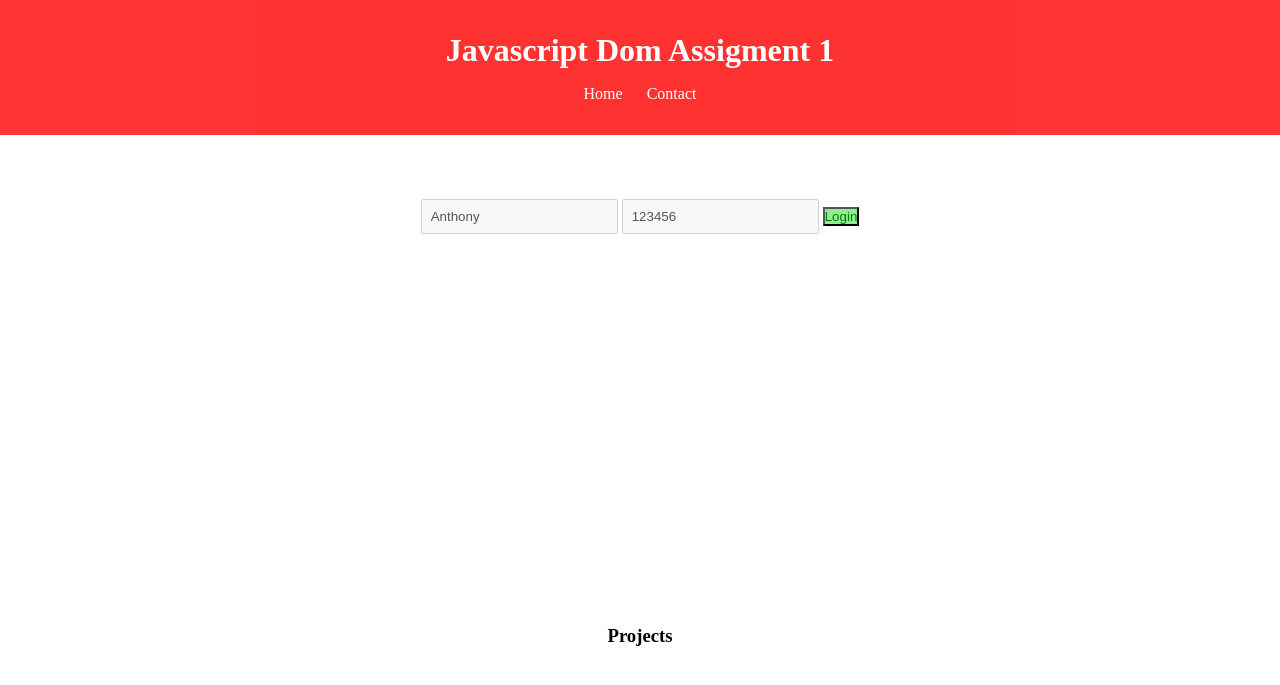
Repository: haakanerol/haakanerol
Page: Js.ass1/index.html
An editor plug-in stored every save of this project. The page is shown before and after the next save, followed by the edit.
The browser window is 1280 px wide. The pictures show the whole page.

Above is the page before, as saved 2024-02-25 16:18:04.

### Js.ass1/index.html
<!DOCTYPE html>
<html lang="en">
<head>
    <meta charset="UTF-8">
    <meta name="viewport" content="width=device-width, initial-scale=1.0">
    <title>Document</title>
    <style>
        * {
            margin: 0;
            padding: 0;
            box-sizing: border-box;
        }
        main {
            display: flex;
            flex-direction: column;
            justify-content: space-between;
            align-items: center;
            height: 80vh;
            padding: 4rem;
        }
    </style>
</head>
<body>
    <header class="header">
        <h1 id="title">aaa</h1>
        <nav>
            <ul class="nav-item">
                <li id="home">Home</li>
                <li>Contact</li>
            </ul>
        </nav>
    </header>
    <main>
        <section>
            <input type="text" id="username">
            <input type="password" id="password">
            <button class="btn">Login</button>
        </section>
        <section id="projects">
            <h3>Projects</h3>
            <ul>
            </ul>
        </section>
    </main>
    <script src="app.js"></script>
</body>
</html>

### Js.ass1/app.js
newHeader = document.querySelector(".header")
newHeader.style.backgroundColor = "red"
newHeader.style.opacity = "0.8"
newHeader.style.color = "white"
newHeader.style.textAlign = "center"
newHeader.style.padding = "2rem"

newTitle = document.getElementById("title")
newTitle.textContent = "Javascript Dom Assigment 1"
newTitle.style.marginBottom = "1rem"

newNavItem = document.querySelector(".nav-item")
newNavItem.style.display = "flex"
newNavItem.style.justifyContent = "center"
newNavItem.style.gap = "1.5rem"
newNavItem.style.listStyle = "none"

newUsername = document.querySelector("#username")
newPassword = document.querySelector("#password")
newUsername.value = "Anthony"
newPassword.value = "123456"
newPassword.type = "number"
newUsername.disabled = "true"
newPassword.disabled = "true"
newUsername.style.padding = ".5rem"
newPassword.style.padding = ".5rem"

newBtn = document.querySelector(".btn")
newBtn.style.backgroundColor = "lightgreen"
newBtn.style.color = "green"
newBtn.style.padding = " "

After the next save:
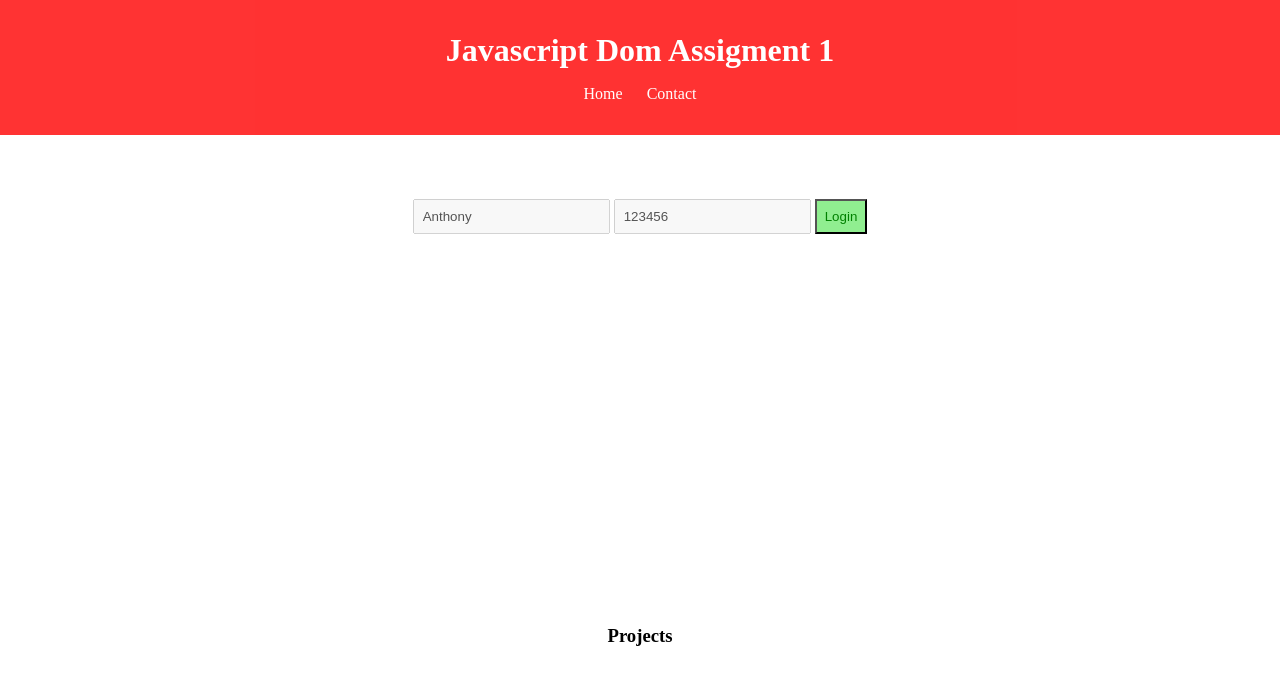
Saved 6 s later.
--- a/Js.ass1/app.js
+++ b/Js.ass1/app.js
@@ -28,4 +28,4 @@ newPassword.style.padding = ".5rem"
 newBtn = document.querySelector(".btn")
 newBtn.style.backgroundColor = "lightgreen"
 newBtn.style.color = "green"
-newBtn.style.padding = " "
+newBtn.style.padding = " .5rem"
